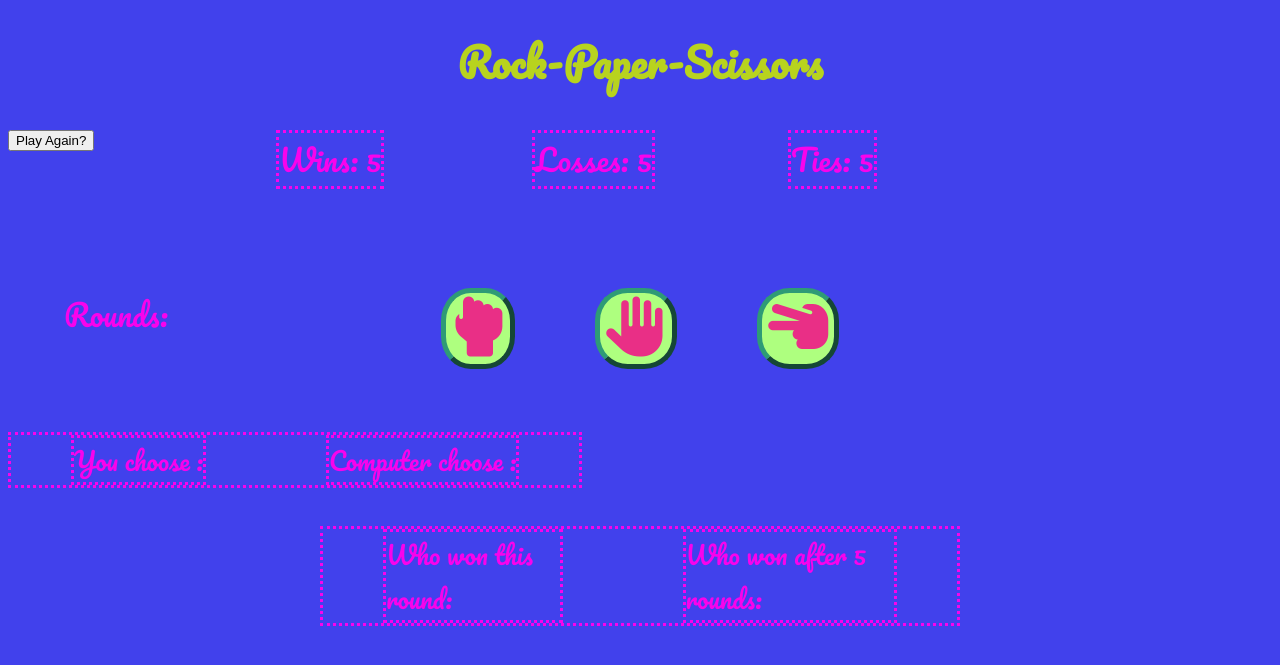
Repository: 0101chaitanya/Rock-Paper-Scissors
Page: index.html
These files come from the project's save history. The page is drawn as it stood at one moment and after the next save; the edit follows.
The browser window is 1280 px wide. The pictures show the whole page.
Some web libraries are served in a nearby version.

Above is the page before, as saved 2021-05-15 15:37:06.
Not found: linkk.js

After the next save:
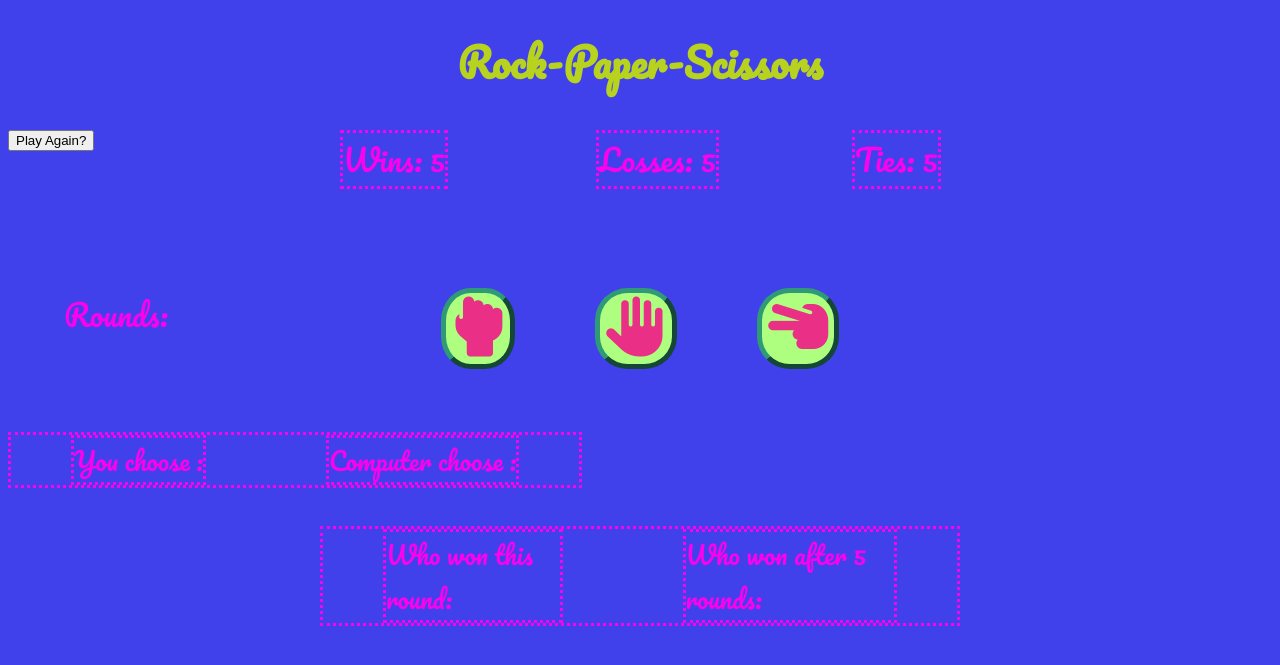
Saved 22 s later.
--- a/style.css
+++ b/style.css
@@ -23,19 +23,19 @@ h1  {
     }
     #wins {
        position: fixed;
-        left: 20%;
+        left: 25%;
 
     border-style:dotted;
     }
     #losses {
        position: fixed;
-        left: 40%;
+        left: 45%;
 
     border-style:dotted;
     }
     #ties {
        position: fixed;
-        left: 60%;
+        left: 65%;
 
     border-style:dotted;
     }
